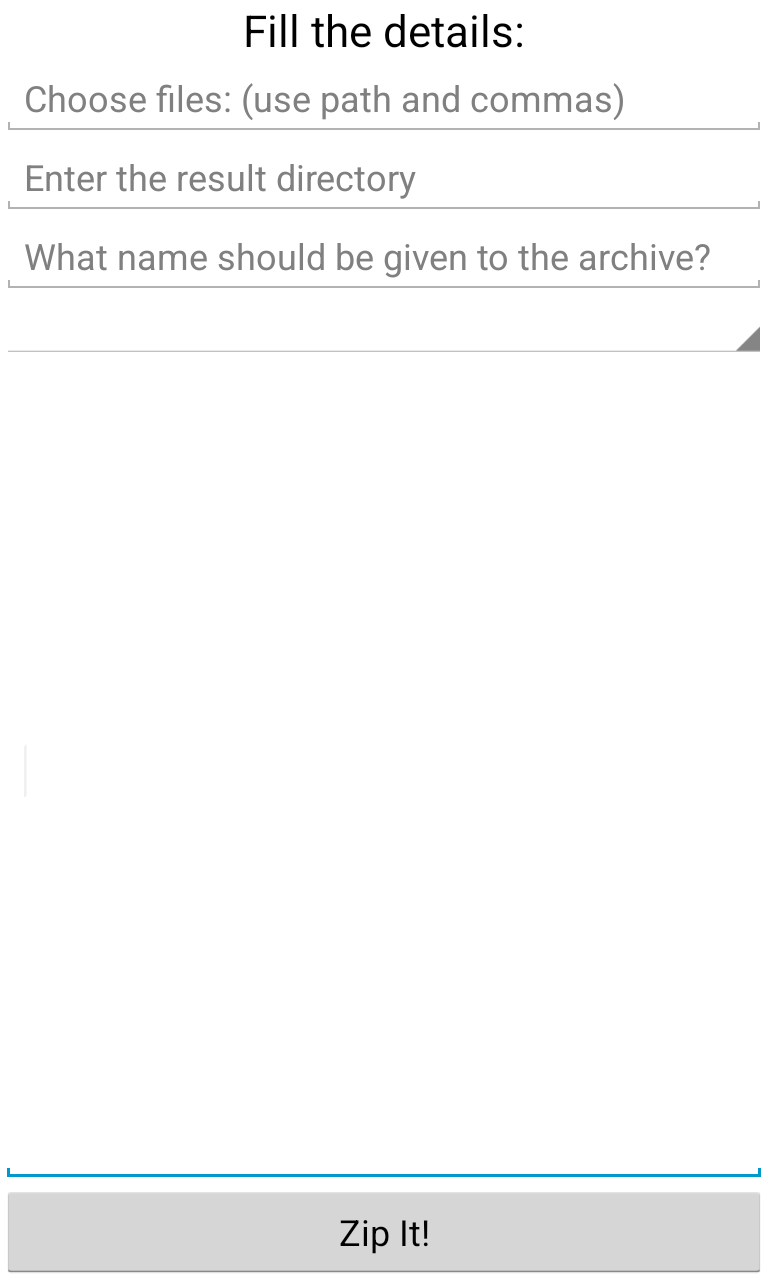
Repository: ya-ivanov/Android-Projects
Layout: Android Projects (OLD)/Zip It!/ZipIt/res/layout/activity_main.xml
These files come from the project's save history. The layout is drawn as it stood at one moment and after the next save; the edit follows.
It is drawn on a 768 x 1280 px phone screen (xhdpi) without system bars, with theme AppTheme; the app's code is not run.

Above is the layout before, as saved 2013-12-11 20:29:11.

After the next save:
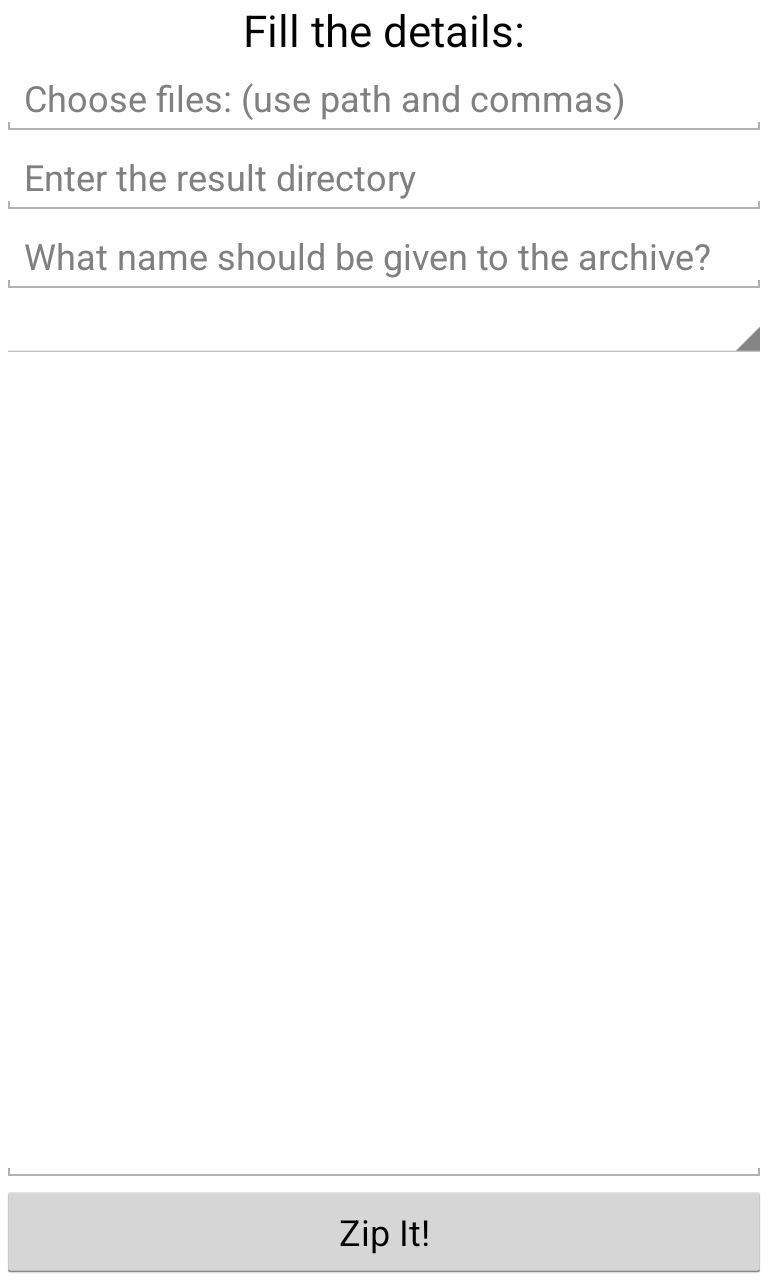
Saved 28 s later.
--- a/Android Projects (OLD)/Zip It!/ZipIt/res/layout/activity_main.xml
+++ b/Android Projects (OLD)/Zip It!/ZipIt/res/layout/activity_main.xml
@@ -48,9 +48,9 @@
         android:layout_width="match_parent"
         android:layout_height="wrap_content"
         android:layout_weight="1"
-        android:ems="10" >
+        android:ems="10"
+        android:gravity="top" >
 
-        <requestFocus />
     </EditText>
 
     <Button
